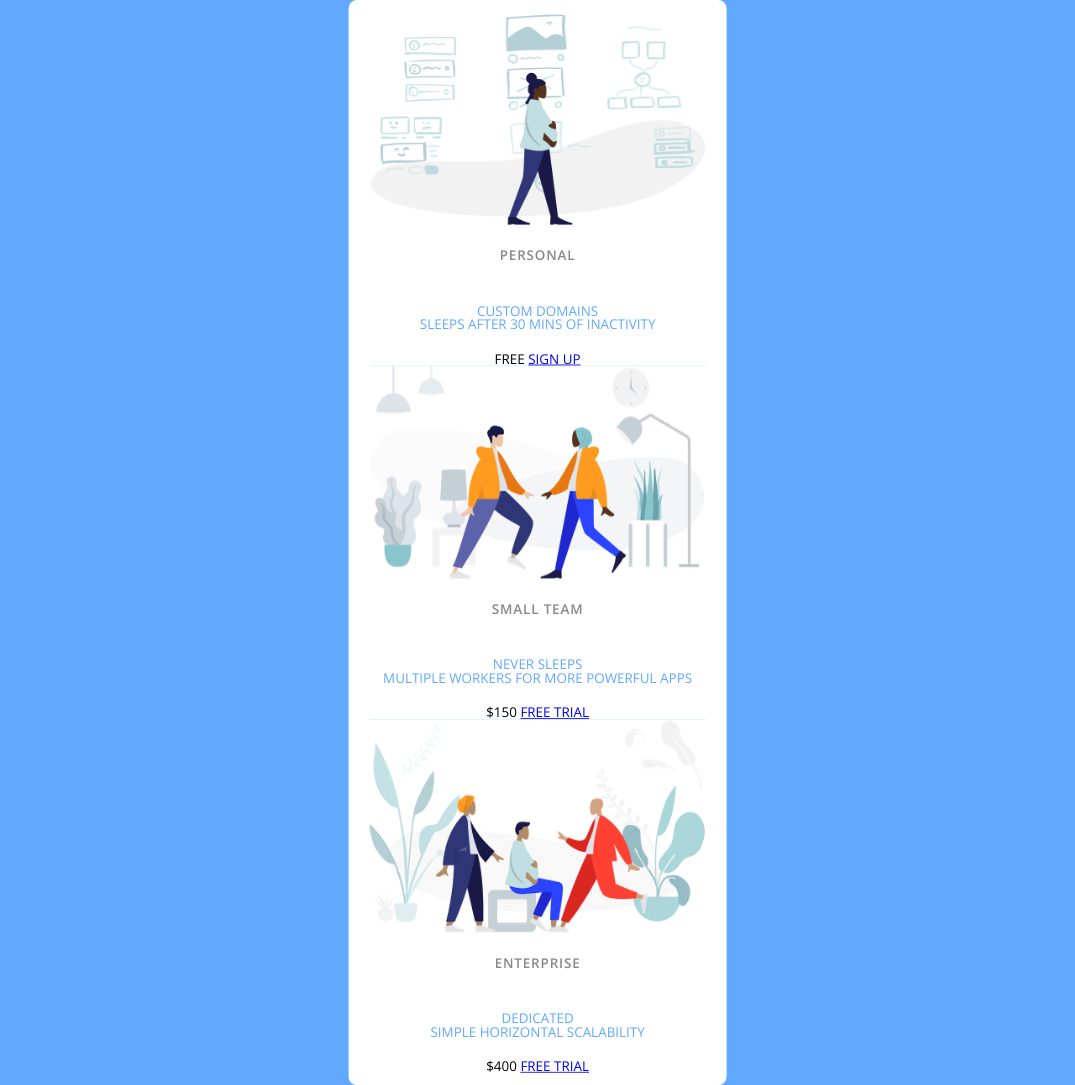
Repository: fatehailey/Pricing-Panel
Page: index.html
The author's editor kept a copy of each file at every save. The page is drawn from the files as they stood at one save, then again after a run of saves.
The browser window is 1280 px wide. The pictures show the whole page, at 84% of full size.

Above is the page before, as saved 2022-09-05 20:19:50.

### index.html
<!DOCTYPE html>
<html lang="en">

<head>
    <meta charset="UTF-8">
    <meta name="viewport" content="width=device-width, initial-scale=1.0">
    <title>Price Tiers</title>
    <link rel="stylesheet" href="https://fonts.googleapis.com/css?family=Open+Sans:400,600,700">
    <link rel="stylesheet" href="app.css">
</head>

<body>
    <div class="panel pricing-table">

        <div class="pricing-plan">
            <img src="icons/icon1.png" alt="" class="pricing-img">
            <h2 class="pricing-header">Personal</h2>
            <ul class="pricing-features">
                <li class="pricing-features-item">Custom domains</li>
                <li class="pricing-features-item">Sleeps after 30 mins of inactivity</li>
            </ul>
            <span class="pricing-price">Free</span>
            <a href="#/" class="pricing-button">Sign up</a>
        </div>

        <div class="pricing-plan">
            <img src="icons/icon2.png" alt="" class="pricing-img">
            <h2 class="pricing-header">Small team</h2>
            <ul class="pricing-features">
                <li class="pricing-features-item">Never sleeps</li>
                <li class="pricing-features-item">Multiple workers for more powerful apps</li>
            </ul>
            <span class="pricing-price">$150</span>
            <a href="#/" class="pricing-button is-featured">Free trial</a>
        </div>

        <div class="pricing-plan">
            <img src="icons/icon3.png" alt="" class="pricing-img">
            <h2 class="pricing-header">Enterprise</h2>
            <ul class="pricing-features">
                <li class="pricing-features-item">Dedicated</li>
                <li class="pricing-features-item">Simple horizontal scalability</li>
            </ul>
            <span class="pricing-price">$400</span>
            <a href="#/" class="pricing-button">Free trial</a>
        </div>

    </div>

</body>

</html>

### app.css
/* http://meyerweb.com/eric/tools/css/reset/
   v2.0 | 20110126
   License: none (public domain)
*/

html, body, div, span, applet, object, iframe,
h1, h2, h3, h4, h5, h6, p, blockquote, pre,
a, abbr, acronym, address, big, cite, code,
del, dfn, em, img, ins, kbd, q, s, samp,
small, strike, strong, sub, sup, tt, var,
b, u, i, center,
dl, dt, dd, ol, ul, li,
fieldset, form, label, legend,
table, caption, tbody, tfoot, thead, tr, th, td,
article, aside, canvas, details, embed,
figure, figcaption, footer, header, hgroup,
menu, nav, output, ruby, section, summary,
time, mark, audio, video {
	margin: 0;
	padding: 0;
	border: 0;
	font-size: 100%;
	font: inherit;
	vertical-align: baseline;
}
/* HTML5 display-role reset for older browsers */
article, aside, details, figcaption, figure,
footer, header, hgroup, menu, nav, section {
	display: block;
}
body {
	line-height: 1;
}
ol, ul {
	list-style: none;
}
blockquote, q {
	quotes: none;
}
blockquote:before, blockquote:after,
q:before, q:after {
	content: '';
	content: none;
}
table {
	border-collapse: collapse;
	border-spacing: 0;
}


html {
    box-sizing: border-box;
    font-family: 'Open Sans', sans-serif;
}
body{
    background-color: #60a9ff;
    display: flex;
    justify-content: center;
    align-items: center;
    min-height: 100vh;
}

.panel{
    background-color: white;
    border-radius: 10px;
    padding: 15px 25px;
    max-width: 960px;
    display: flex;
    flex-direction: column;
    text-align: center;
    text-transform: uppercase;
}

.pricing-plan:not(:last-child) {
    border-bottom: 1px solid #e1f1ff;
  }

.pricing-img {
    margin-bottom: 25px;
    width: 100%;
}

.pricing-header{
    color: #888;
    font-weight: 600;
    letter-spacing: 1px;
}

.pricing-features{
    margin: 50px 0 25px;
    color: #60a9ff;
}

.pricing-features-item{

}

After the next 8 saves:
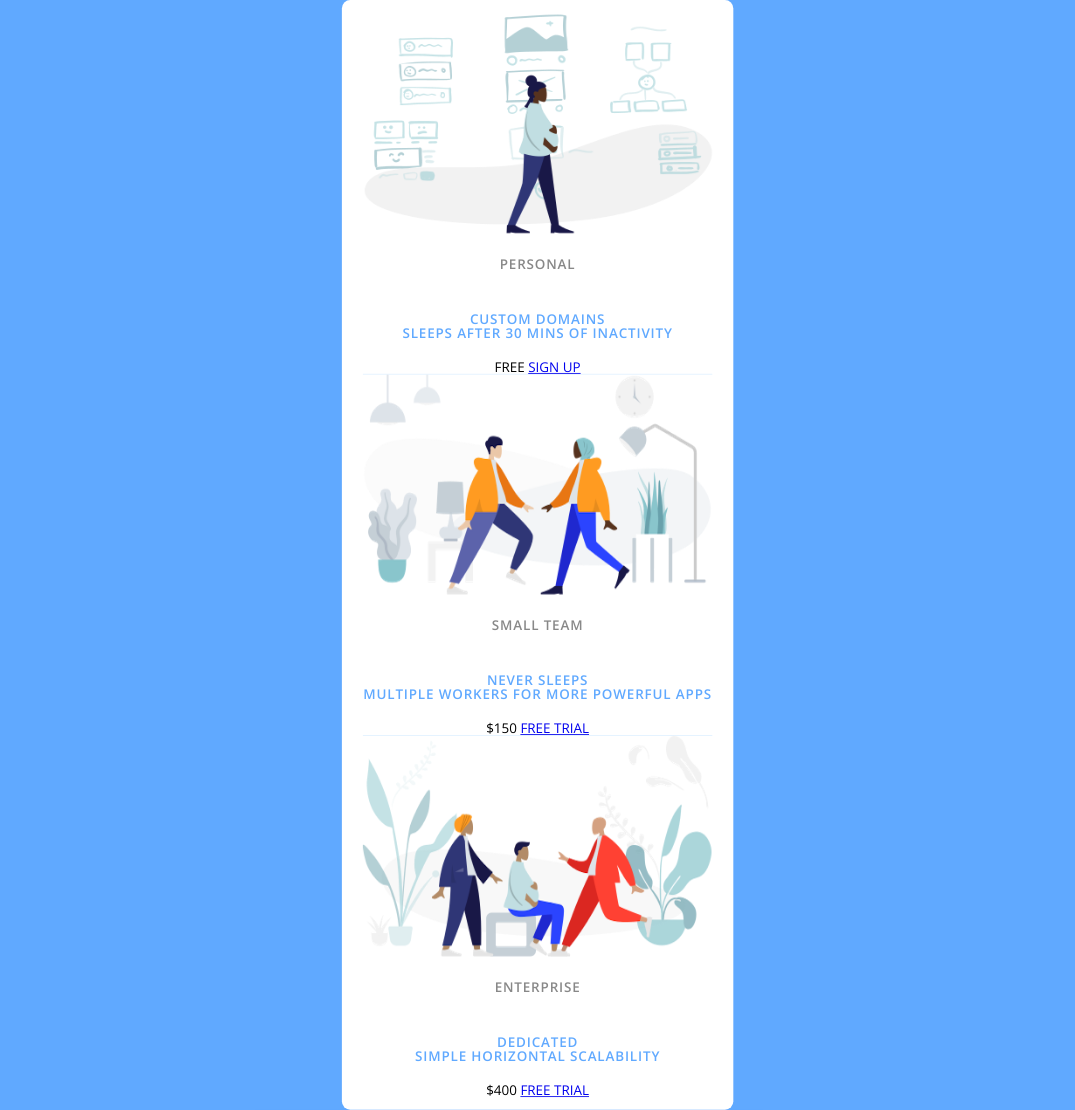
The 8 saves are shown as one change because they came seconds apart.
The last was saved 49 s later.
--- a/app.css
+++ b/app.css
@@ -92,5 +92,7 @@
 }
 
 .pricing-features-item{
-
+    font-weight: 600;
+    letter-spacing: 1px;
+    font
 }
